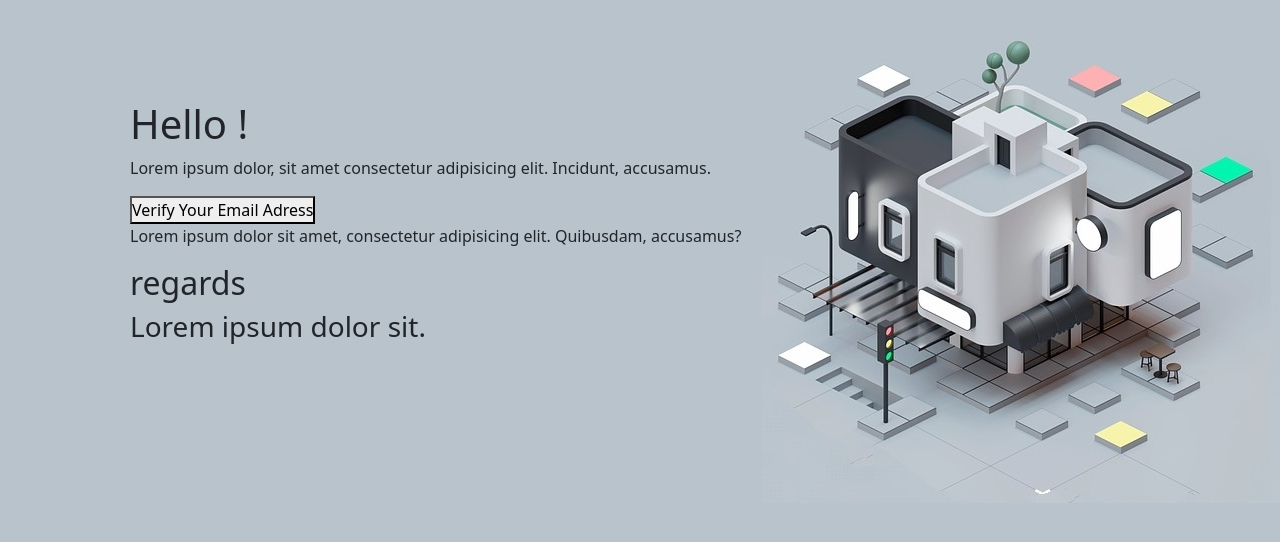
Repository: Aayush919/taskui
Page: index.html
The author's editor kept a copy of each file at every save. The page is drawn from the files as they stood at one save, then again after the next save.
The browser window is 1280 px wide. The pictures show the whole page.

Above is the page before, as saved 2024-01-12 12:42:48.

### index.html
<!doctype html>
<html lang="en">

<head>
    <meta charset="utf-8">
    <meta name="viewport" content="width=device-width, initial-scale=1">
    <title>Bootstrap demo</title>
    <link href="https://cdn.jsdelivr.net/npm/bootstrap@5.3.2/dist/css/bootstrap.min.css" rel="stylesheet"
        integrity="sha384-T3c6CoIi6uLrA9TneNEoa7RxnatzjcDSCmG1MXxSR1GAsXEV/Dwwykc2MPK8M2HN" crossorigin="anonymous">
        <link rel="stylesheet" href="style.css">
</head>

<body>



    <div class="custom-bg">
        <div class="right">
          <div class="top">
            <h1>Hello !</h1>
            <p>Lorem ipsum dolor, sit amet consectetur adipisicing elit. Incidunt, accusamus.</p>
            <button>Verify Your Email Adress</button>
            <p>Lorem ipsum dolor sit amet, consectetur adipisicing elit. Quibusdam, accusamus?</p>
            <h2>regards</h2>
            <h3>Lorem ipsum dolor sit.</h3>
          </div>
        </div>
        <div class="left">
            <img src="./bg.jpg" alt="" class="img-fluid">
        </div>
    </div>

    <script src="https://cdn.jsdelivr.net/npm/bootstrap@5.3.2/dist/js/bootstrap.bundle.min.js"
        integrity="sha384-C6RzsynM9kWDrMNeT87bh95OGNyZPhcTNXj1NW7RuBCsyN/o0jlpcV8Qyq46cDfL"
        crossorigin="anonymous"></script>
</body>

</html>

<!-- -->

### style.css
*{
margin: 0;
padding: 0;
box-sizing: border-box;
}


html,body{
    height: 100%;
    width: 100%;

}

.custom-bg{
    background-color:#B9C3CC;
    height: 100%;
    width: 100%;
    display: flex;
    justify-content: space-between;


}

@media(max-width:667px){
    .custom-bg{
        flex-direction: column;
    }
}


.custom-bg .left img{
    right: 0px;

}



.right .top{
        margin-top: 100px;
        margin-left: 130px;
}

After the next save:
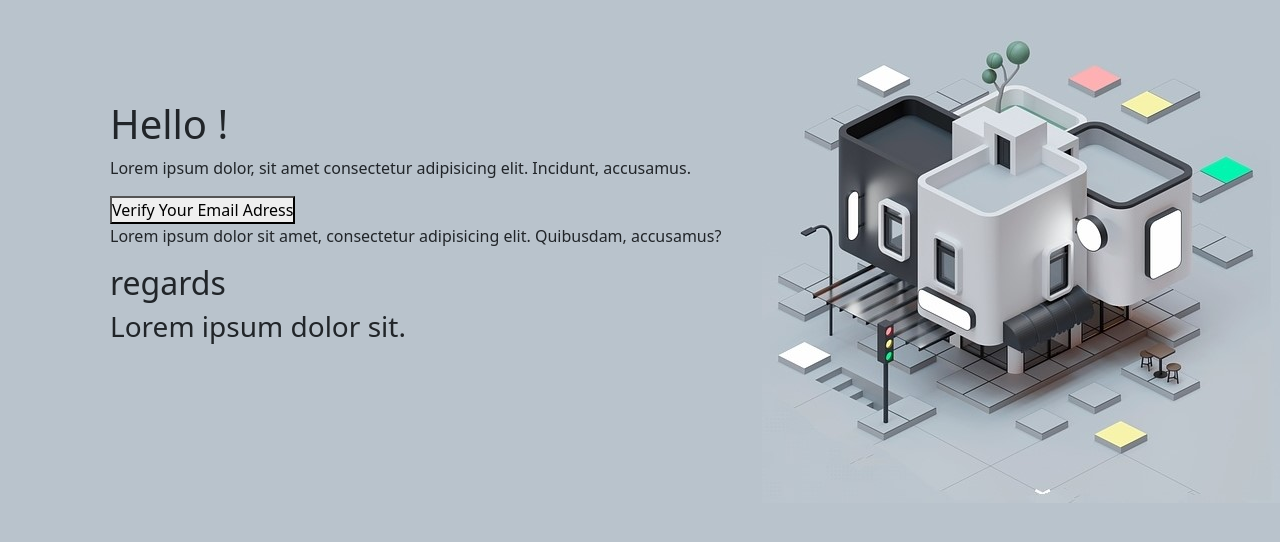
Saved 4 s later.
--- a/style.css
+++ b/style.css
@@ -37,5 +37,5 @@ html,body{
 
 .right .top{
         margin-top: 100px;
-        margin-left: 130px;
+        margin-left: 110px;
 }
